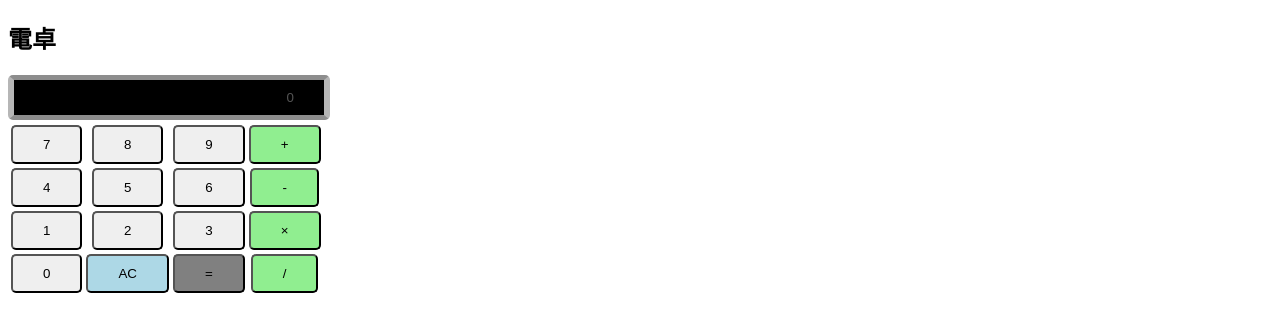
Repository: syokaturyou/potepan
Page: dentaku.html
The author's editor kept a record of every edit. The page is drawn from the files as they stood at one moment, then again after the next edit.
The browser window is 1280 px wide. The pictures show the whole page.

Above is the page before.

### dentaku.html
   <!DOCTYPE html>
    <html lang="en">
      <head>
        <meta charset="utf-8">
        <!--<script src="https://code.jquery.com/jquery-3.2.1.js" integrity="sha256-DZAnKJ/6XZ9si04Hgrsxu/8s717jcIzLy3oi35EouyE=" crossorigin="anonymous"></script>  -->
        <link rel="stylesheet" href="css/main.css">
        <title>電卓</title>
        <script src="javascript/jquery.min.js"></script>
        <script type="text/javascript" src="javascript/main.js" charset="utf-8"></script>
      </head>

      <body>
        <h2>電卓</h2>

          <table>
          <tr>
            <!--<h4 class="target">0</h4>-->
            <input type="text" class="display" name="display" value="0" disabled>
          </tr>
          <tr>
            <th><input type="button" value="7"></input></th>
            <th><input type="button" value="8"></input></th>
            <th><input type="button" value="9"></input></th>
            <th><input type="button" class="plus" value="+"></th>
          </tr>
          <tr>
            <th><input type="button" value="4"></input></th>
            <th><input type="button" value="5"></input></th>
            <th><input type="button" value="6"></input></th>
            <th><input type="button" class="minus" value="-"></th>
          </tr>
          <tr>
            <th><input type="button" value="1"></input></th>
            <th><input type="button" value="2"></input></th>
            <th><input type="button" value="3"></input></th>
            <th><input type="button" class="kakeru" value="×"></th>
          </tr>
          <tr>
            <th><input type="button" value="0"></input></th>
            <th><input type="button" class="ac" value="AC"></th>
            <th><input type="button" class="equal" value="="></th>
            <!--<th><input type="button" value="."></input></th>-->
            <th><input type="button" class="waru" value="/"></th>
          </tr>
        </table>

      </body>
    </html>

### css/main.css
table{
  background-color: white;
}
h4{
  width: 300px;
  color: white;
  background-color: black;
}
 input {
  padding: 10px 30px;
  border-radius: 5px;
}

.display {
      width: 250px;
      text-align: right; /* 文字を右詰めに */
      /* 見た目の詳細設定 */
      background: black;
      border-top: solid #dcdcdca4 5px;
      border-bottom: solid #dcdcdca4 5px;
      border-right: solid #b6b6b6 6px;
      border-left: solid #b6b6b6 6px;
      border-radius: 5px;
    }

.plus{
    background-color: lightgreen;
}
.minus{
    background-color: lightgreen;
}
.kakeru{
    background-color: lightgreen;
}
.waru{
    background-color: lightgreen;
}
.equal{
    background-color: gray;
}
.ac{
    background-color: lightblue;
}

### javascript/main.js
     $(document).ready(function(){
      $(".button0").click(function() {
      let value = $(".button0").text(); //テキストを取得し変数に入れています
      $(".target").text(value); //テキストを変更する処理
      });

      $(".button1").click(function() {
      let value1 = 1;
      let value = value + value1
      $(".target").text(value);
      });

      $(".button2").click(function() {
      let value2 = 2;
      let value = value + value2
       $(".target").text(value);
      });

      $(".button3").click(function() {
      let value = 3;
       $(".target").text(value);
      });

      $(".button4").click(function() {
      let value = 4;
       $(".target").text(value);
      });

      $(".button5").click(function() {
      let value = $(".button5").number();
       $(".target").number(value);
      });

      $(".button6").click(function() {
      let value = $(".button6").text();
       $(".target").text(value);
      });

      $(".button7").click(function() {
      let value = $(".button7").text();
       $(".target").text(value);
      });

      $(".button8").click(function() {
      let value = $(".button8").text();
       $(".target").text(value);
      });

      $(".button9").click(function() {
      let value = $(".button9").text();
       $(".target").text(value);
      });

      $(".buttonreset").click(function() {
       $(".target").text(0);
      });

  });

Loaded but not shown: javascript/jquery.min.js (library)

After the next edit:
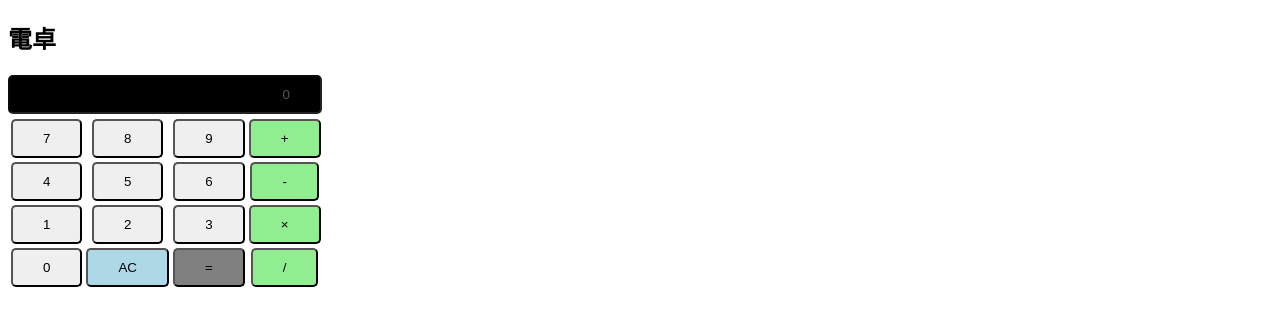
The edit:
--- a/css/main.css
+++ b/css/main.css
@@ -16,11 +16,11 @@
       text-align: right; /* 文字を右詰めに */
       /* 見た目の詳細設定 */
       background: black;
-      border-top: solid #dcdcdca4 5px;
-      border-bottom: solid #dcdcdca4 5px;
-      border-right: solid #b6b6b6 6px;
-      border-left: solid #b6b6b6 6px;
-      border-radius: 5px;
+      /*border-top: solid #dcdcdca4 5px;*/
+      /*border-bottom: solid #dcdcdca4 5px;*/
+      /*border-right: solid #b6b6b6 6px;*/
+      /*border-left: solid #b6b6b6 6px;*/
+      border-radius: solid 5px;
     }
 
 .plus{
